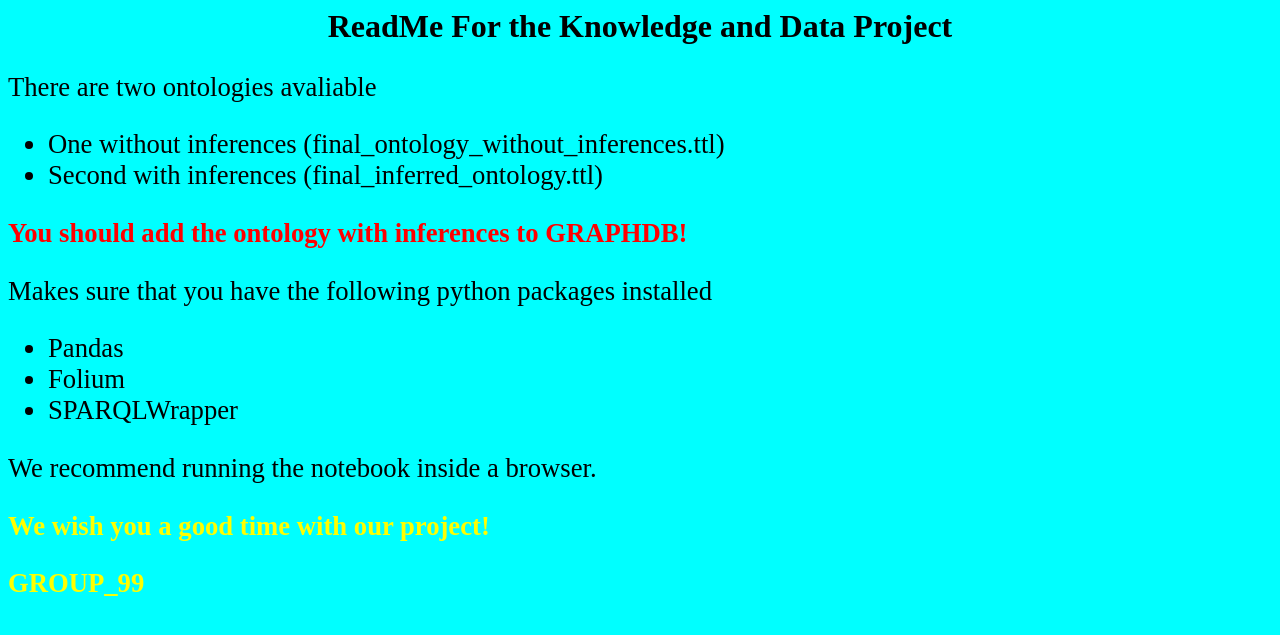
Repository: pawelpiwowarski/Knowledge_and_Data
Page: README.html
The author's editor kept a copy of each file at every save. The page is drawn from the files as they stood at one save, then again after the next save.
The browser window is 1280 px wide. The pictures show the whole page.

Above is the page before, as saved 2022-10-27 22:13:48.

After the next save:
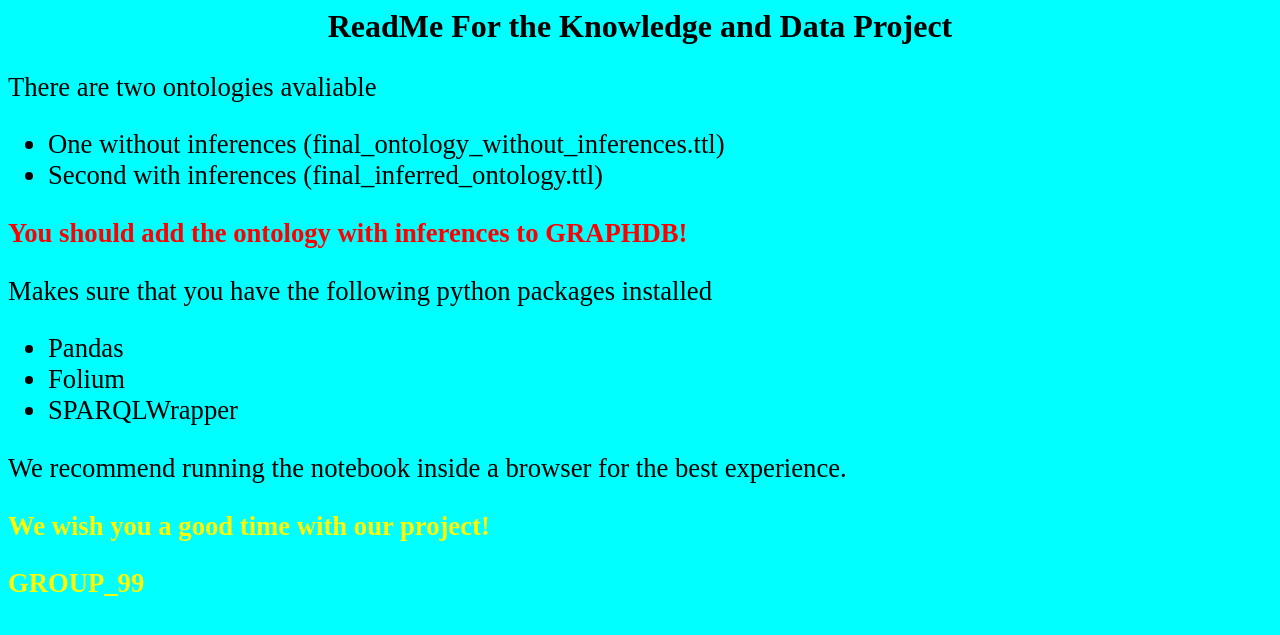
Saved 8 s later.
--- a/README.html
+++ b/README.html
@@ -57,7 +57,7 @@ Folium
 SPARQLWrapper
 </li>
 </ul>
-<p> We recommend running the notebook inside a browser. <p></p>
+<p> We recommend running the notebook inside a browser for the best experience. <p></p>
 <p id="wishes">  We wish you a good time with our project! </p>
 <p id="wishes">  GROUP_99 </p>
 </body>
